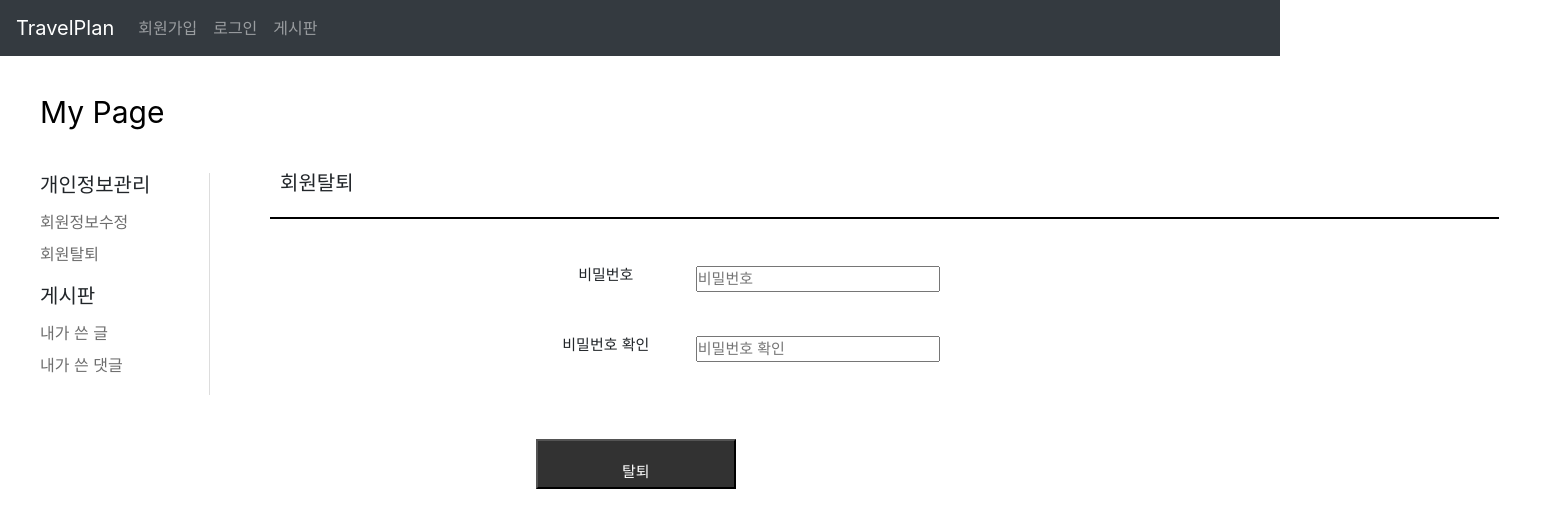
Repository: sna145815/Travel_v1
Page: http://localhost/Travel_v1/WEB-INF/view/deleteuser.jsp
An editor plug-in stored every save of this project. The page is shown before and after the next save, followed by the edit.
The browser window is 1280 px wide. The page is 1560 px wide, so the pictures cover 1560 px, including what lies to the right of the window. The pictures show the whole page.
The page is served by Tomcat 9. Nobody is signed in. Other server files are loaded and not shown. The template is opened directly, without the code that normally fills it, so the values that code supplies are empty.

Above is the page before, as saved 2022-11-07 08:37:49.

### Travel_v1/src/main/webapp/WEB-INF/view/deleteuser.jsp
<%@ page language="java" contentType="text/html; charset=UTF-8"
    pageEncoding="UTF-8"%>
<%@ include file="/layout/header.jsp" %>

<!DOCTYPE html>
<html>
<head>
	<meta charset="UTF-8">
	<style>
		* {
			margin: 0;
			padding: 0;
		}
		#wrap {
			width: auto;
			min-width: 1560px;
			max-width: 1880px;
			padding: 0px 40px;
			margin: 0px auto;
			box-sizing: border-box;
		}
		#sub_header {
			position: relative;
			padding: 0px 0px 10px;
			margin: 0px auto;
		}
		.visual_area {
			padding: 5px 0px 8px;
			font-size: inherit;
			font-weight: normal;
		}
		.txt > a {
			display: inline-block;
			font-size: 30px;
			font-weight: normal;
			color: rgb(0, 0, 0);
		}
		.menu_area {
			float : left;
			width : 270px;
			border-right: 1px solid #ddd;
		}
		.content_right {
			position: absolute;
			left: 270px;
			top: 200;
			right: 0;
			min-width: 1229px;
		}
		.menu_area {
		 	width: 170px;
		 	float: left;
		 	margin: 24px 40px 0px 0px;
		 	font-size: 14px;
		}
		.menu1, .menu2 {
			display: flex;
			flex-direction: column;
			padding-bottom: 15px;
		}
		.update, .delete, .post, .comment {
			display: flex;
			margin-top: 2px;
			font-size: 16px;
			line-height: 30px;
			color: rgb(110, 110, 110);
		}
		.content-right {
			padding: 0;
			float: right;
		}
		.sectiontitle {
			border-bottom: 2px solid #000000;
			padding-left: 10px;
			padding-bottom: 14px;
			margin-top: 22px;
			line-height: 1.5px;
			font-size: 14px;
			position: relative;
		}
		.password {
			padding: 3px 0 35px 0;
		}
		.inputpwd {
			margin-top: 22px;
			padding: 10px;
			font-size: 15px;
			border-collapse: collapse;
			table-layout: fixed;
			margin-left: 20%;
		}
		tr {
			height: 70px;
			padding: 10px;
			box-sizing: border-box;
			text-align: center;
			vertical-align: middle;
			word-break: break-all;
		}
		.button {
			margin-left: 20%;
		}
		.btn_delete {
			width: 200px;
			height: 50px;
			margin: 20px;
			padding: 20px;
			font-size: 15px;
			border-collapse: collapse;
			vertical-align: middle;
			color: rgb(255, 255, 255);
			background-color: rgb(50, 50, 50);
		}
	</style>
</head>
<body>
	<div id="wrap">
		<div id ="header">
			<div class="visual_area">
				<h1 class="txt">
					<a href="/mypage">My Page</a>
				</h1>
			</div>
		</div>
		<div id ="content_area">
			<div class ="content">
				<div class="content_in">
					<!-- 좌측 메뉴 -->
					<nav class="menu_area">
						<div class="menu1">
							<h5>개인정보관리</h5>
							<a href="/mypage" class="update">회원정보수정</a>
							<a href="/deleteuser" class="delete">회원탈퇴</a>
						</div>
						<div class="menu2">
							<h5>게시판</h5>
							<a href="#" class="post">내가 쓴 글</a>
							<a href="#" class="comment">내가 쓴 댓글</a>
						</div>
					</nav>
					<!-- 콘텐츠 내용 -->
					<section class ="content_right">
						<header class="sectiontitle">
							<h5>회원탈퇴</h5>
						</header>
						<form action="/deleteuser" method="post">
							<div class="password">
								<table class="inputpwd">
									<tr>
										<td width=180px><label for="myPwd">비밀번호</label></td>
										<td><input type="password" name="pwd" placeholder="비밀번호" size=20/></td>
									</tr>
									<tr>
										<td><label for="PwdR">비밀번호 확인</label></td>
										<td><input type="password" name="pwdr" placeholder="비밀번호 확인" size=20/></td>
									</tr>
								</table>
							</div>
							<div class="button">
								<button type="submit" class="btn_delete">탈퇴</button>
							</div>
						</form>
					</section>
				</div>
			</div>
		</div>
	</div>
</body>
</html>

### Travel_v1/src/main/webapp/layout/header.jsp
<%@ page language="java" contentType="text/html; charset=UTF-8"
    pageEncoding="UTF-8"%>
<!DOCTYPE html>

<head>
  <title>TravelPlan</title>
  <meta charset="utf-8">
  <meta name="viewport" content="width=device-width, initial-scale=1">
  <link rel="stylesheet" href="https://cdn.jsdelivr.net/npm/bootstrap@4.6.1/dist/css/bootstrap.min.css">
  <script src="https://cdn.jsdelivr.net/npm/jquery@3.6.0/dist/jquery.slim.min.js"></script>
  <script src="https://cdn.jsdelivr.net/npm/popper.js@1.16.1/dist/umd/popper.min.js"></script>
  <script src="https://cdn.jsdelivr.net/npm/bootstrap@4.6.1/dist/js/bootstrap.bundle.min.js"></script>
</head>
<body>

<nav class="navbar navbar-expand-md bg-dark navbar-dark">
  <a class="navbar-brand" href="/main">TravelPlan</a>
  <button class="navbar-toggler" type="button" data-toggle="collapse" data-target="#collapsibleNavbar">
    <span class="navbar-toggler-icon"></span>
  </button>
  <div class="collapse navbar-collapse" id="collapsibleNavbar">
    <ul class="navbar-nav">
      <li class="nav-item">
        <a class="nav-link" href="/join">회원가입</a>
      </li>
      <li class="nav-item">
        <a class="nav-link" href="/login">로그인</a>
      </li>
      <li class="nav-item">
        <a class="nav-link" href="/board?cmd=getlist">게시판</a>
      </li>
    </ul>
  </div>
</nav>
<br>

After the next save:
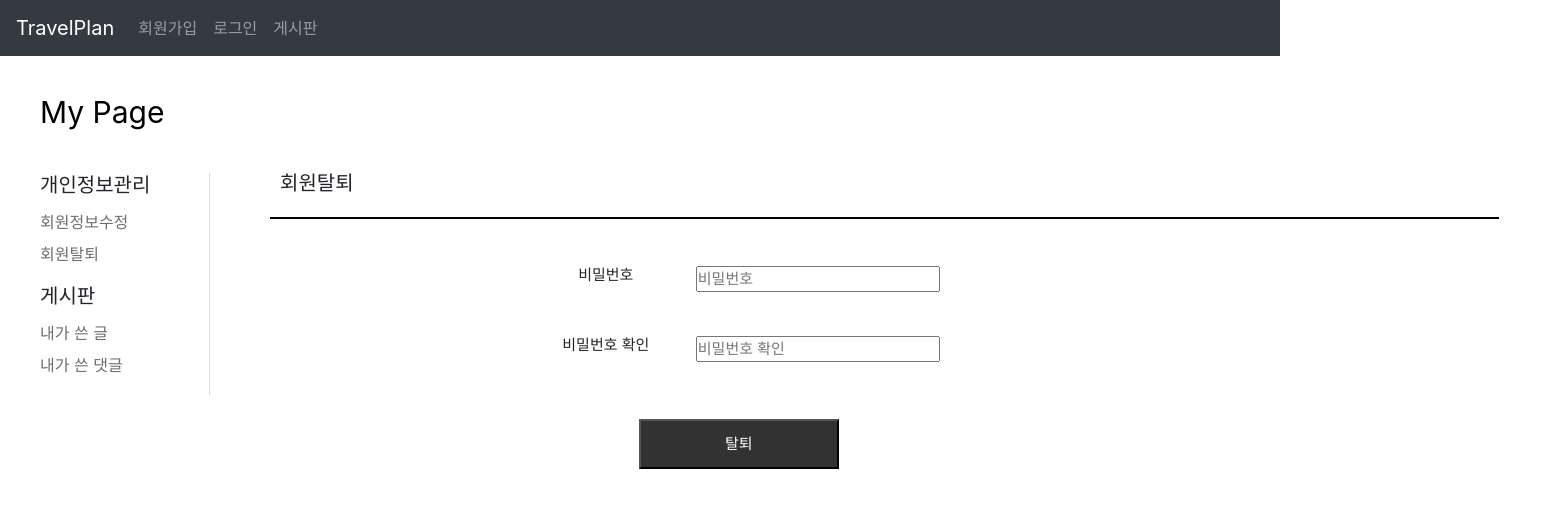
Saved 16 s later.
--- a/Travel_v1/src/main/webapp/WEB-INF/view/deleteuser.jsp
+++ b/Travel_v1/src/main/webapp/WEB-INF/view/deleteuser.jsp
@@ -98,13 +98,11 @@
 			word-break: break-all;
 		}
 		.button {
-			margin-left: 20%;
+			margin-left: 30%;
 		}
 		.btn_delete {
 			width: 200px;
 			height: 50px;
-			margin: 20px;
-			padding: 20px;
 			font-size: 15px;
 			border-collapse: collapse;
 			vertical-align: middle;
